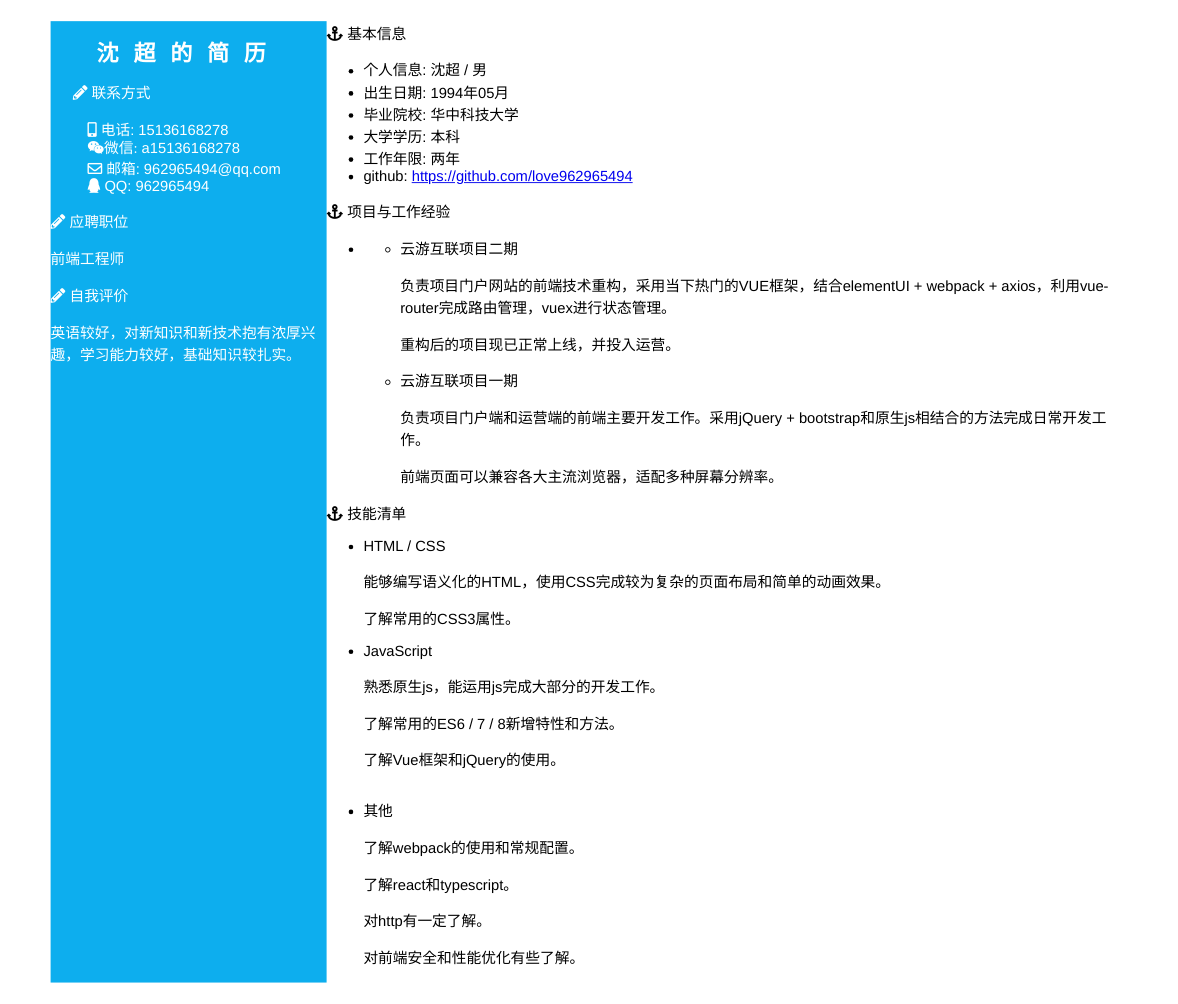
Repository: love962965494/my-resume
Page: index.html
An editor plug-in stored every save of this project. The page is shown before and after the next save, followed by the edit.
The browser window is 1280 px wide. The pictures show the whole page, at 92% of full size.
Some web libraries are served in a nearby version. The style sheet was rebuilt from its Sass, Less or Tailwind sources for each picture, by a compiler version that may differ from the author's.

Above is the page before, as saved 2018-09-02 17:30:54.

### index.html
<!DOCTYPE html>
<html lang="en">

<head>
  <meta charset="UTF-8">
  <meta name="viewport" content="width=device-width, initial-scale=1.0">
  <meta http-equiv="X-UA-Compatible" content="ie=edge">
  <title>沈超的简历</title>
  <link rel="stylesheet" href="https://use.fontawesome.com/releases/v5.0.10/css/all.css" integrity="sha384-+d0P83n9kaQMCwj8F4RJB66tzIwOKmrdb46+porD/OvrJ+37WqIM7UoBtwHO6Nlg"
    crossorigin="anonymous">
  <link rel="stylesheet" href="./styles/myResume.css">
</head>

<body>
  <div id="container" class="container">
    <!-- 左边栏 -->
    <aside class="content__left">
      <!-- 头像区域 -->
      <div class="content__left--title">
        <h1>沈超的简历</h1>
      </div>

      <!-- 联系方式区域 -->
      <div class="content__left--contact">
        <div class="title">
          <i class="fas fa-pencil-alt"></i>
          <span>联系方式</span>
        </div>
        <ul class="list">
          <li>
            <span>
              <i class="fas fa-mobile-alt"></i>
              <span>电话:</span>
            </span>
            <span>15136168278</span>
          </li>
          <li>
            <span>
              <i class="fab fa-weixin">微信:</i>
            </span>
            <span>a15136168278</span>
          </li>
          <li>
            <span>
              <i class="far fa-envelope"></i>
              <span>邮箱:</span>
            </span>
            <span>962965494@qq.com</span>
          </li>
          <li>
            <span>
              <i class="fab fa-qq"></i>
              <span>QQ:</span>
            </span>
            <span>962965494</span>
          </li>
        </ul>
      </div>

      <!-- 应聘职位区域 -->
      <div class="content__left--application">
        <span class="title">
          <i class="fas fa-pencil-alt"></i>
          <span>应聘职位</span>
        </span>
        <p class="application-job">前端工程师</p>
      </div>

      <!-- 个人评价区域 -->
      <div class="content__left--evaluation">
        <span class="title">
          <i class="fas fa-pencil-alt"></i>
          <span>自我评价</span>
        </span>
        <p class="self-evaluate">英语较好，对新知识和新技术抱有浓厚兴趣，学习能力较好，基础知识较扎实。</p>
      </div>
    </aside>

    <!-- 右边栏 -->
    <div class="content__right">
      <!-- 基本信息 -->
      <div class="basic-info info">
        <div class="header">
          <i class="fas fa-anchor"></i>
          <span>基本信息</span>
        </div>
        <div class="content">
          <ul>
            <li>
              <span>个人信息:</span>
              <span>沈超&nbsp;/&nbsp;男</span>
            </li>
            <li>
              <span>出生日期:</span>
              <span>1994年05月</span>
            </li>
            <li>
              <span>毕业院校:</span>
              <span>华中科技大学</span>
            </li>
            <li>
              <span>大学学历:</span>
              <span>本科</span>
            </li>
            <li>
              <span>工作年限:</span>
              <span>两年</span>
            </li>
            <li>
              <span>github:</span>
              <span><a href="https://github.com/love962965494" target="_blank">https://github.com/love962965494</a></span>
            </li>
          </ul>
        </div>
      </div>

      <!-- 项目经验 -->
      <div class="experience-info info">
        <div class="header">
          <i class="fas fa-anchor"></i>
          <span>项目与工作经验</span>
        </div>
        <div class="content">
          <ul>
            <li>
              <div class="company-info"></div>
              <ul class="work-experience-list">
                <li>
                  <div class="work-name circle">云游互联项目二期</div>
                  <div class="work-info">
                    <p>负责项目门户网站的前端技术重构，采用当下热门的VUE框架，结合elementUI + webpack + axios，利用vue-router完成路由管理，vuex进行状态管理。</p>
                    <p>重构后的项目现已正常上线，并投入运营。</p>
                  </div>
                  <div class="work-picture"></div>
                </li>
                <li style="padding-top: 0">
                  <div class="work-name circle">云游互联项目一期</div>
                  <div class="work-info">
                    <p>负责项目门户端和运营端的前端主要开发工作。采用jQuery + bootstrap和原生js相结合的方法完成日常开发工作。</p>
                    <p>前端页面可以兼容各大主流浏览器，适配多种屏幕分辨率。</p>
                  </div>
                  <div class="work-picture"></div>
                </li>
              </ul>
            </li>
            </li>
          </ul>
        </div>
      </div>

      <!-- 技能清单 -->
      <div class="skill-info info">
        <div class="header">
          <i class="fas fa-anchor"></i>
          <span>技能清单</span>
        </div>
        <div class="content">
          <ul class="skill-list">
            <li>
              <div class="skill-name circle">HTML / CSS</div>
              <div class="skill-info">
                <p>能够编写语义化的HTML，使用CSS完成较为复杂的页面布局和简单的动画效果。</p>
                <p>了解常用的CSS3属性。</p>
              </div>
            </li>
            <li>
              <div class="skill-name circle">JavaScript</div>
              <div class="skill-info">
                <p>熟悉原生js，能运用js完成大部分的开发工作。</p>
                <p>了解常用的ES6 / 7 / 8新增特性和方法。</p>
                <p>了解Vue框架和jQuery的使用。</p>
              </div>
            </li>
            <li style="border-top: 15px solid transparent;">
              <div class="skill-name circle">其他</div>
              <div class="skill-info">
                <p>了解webpack的使用和常规配置。</p>
                <p>了解react和typescript。</p>
                <p>对http有一定了解。</p>
                <p>对前端安全和性能优化有些了解。</p>
              </div>
            </li>
          </ul>
        </div>
      </div>
    </div>
  </div>
</body>

</html>

### styles/myResume.scss
@mixin text-center {
  text-align: center;
}

@mixin row {
  grid-column: 1 / span 12;
}

@media (min-width: 992px) {
  .container {
    width: 970px;
  }
}

@media (min-width: 1200px) {
  .container {
    width: 1170px;
  }
}

.container {
  display: grid;
  grid-template-columns: minmax(200px, 300px) 1fr;
  padding: 15px;
  margin: auto;
  font-family: "Helvetica Neue",Helvetica,"PingFang SC","Hiragino Sans GB","Microsoft YaHei","微软雅黑",Arial,sans-serif;
}

.content__left {
  display: grid;
  grid-template-columns: repeat(12, 1fr);
  grid-template-rows: repeat(4, min-content);
  background-color: #0daeee;
  color: #fff;

  &--title {
    @include row;
    @include text-center;
    margin: 15px;

    & > h1 {
      margin: 0;
      white-space: nowrap;
      letter-spacing: 1rem;
    }
  }

  &--contact {
    @include row();

    & > .title {
      padding-left: 1.5rem;
    }

    & > .list {
      list-style: none;
    }
  }

  &--application {
    @include row();
  }

  &--evaluation {
    @include row();
  }
}

After the next save:
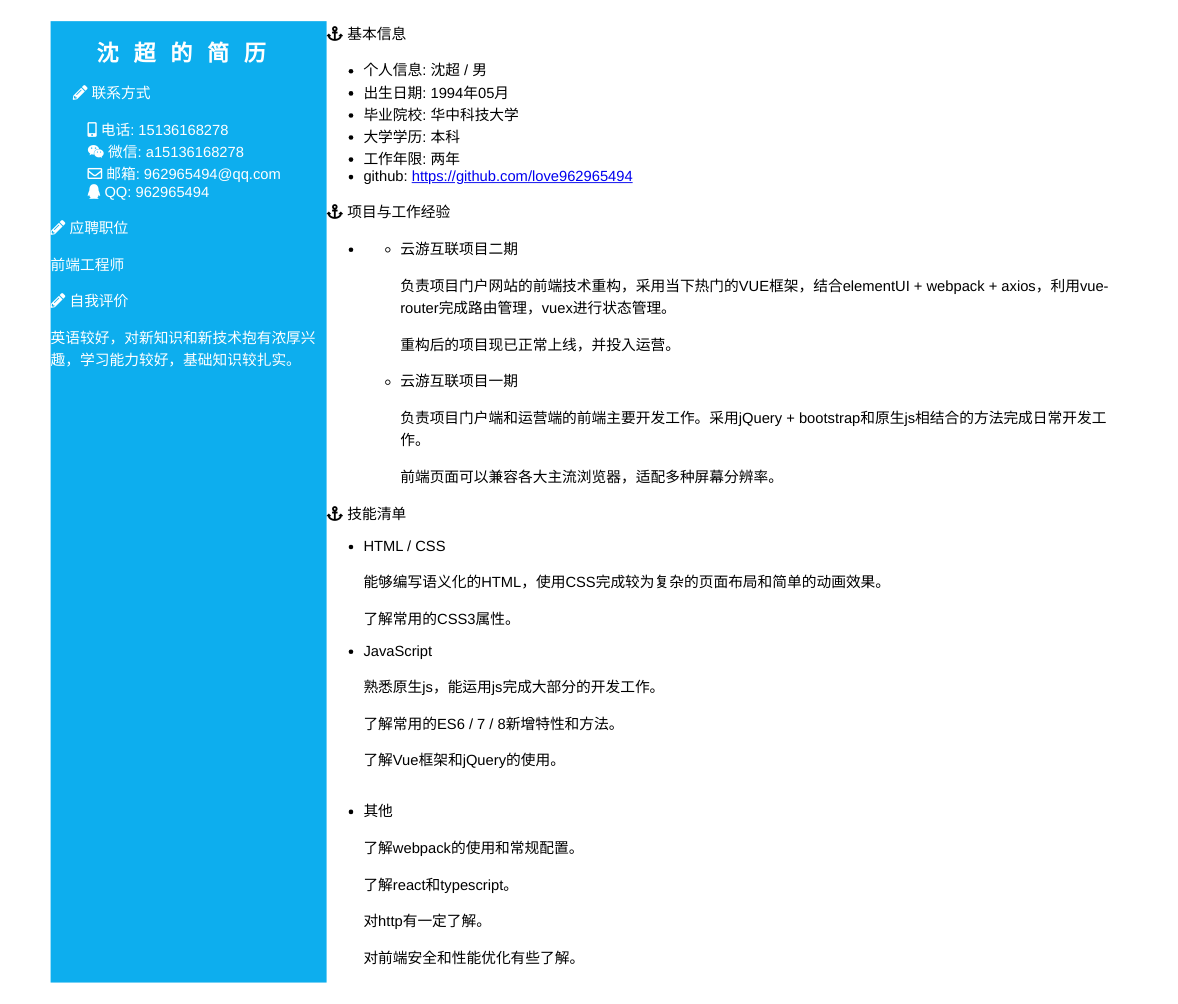
Saved 9 s later.
--- a/index.html
+++ b/index.html
@@ -36,7 +36,8 @@
           </li>
           <li>
             <span>
-              <i class="fab fa-weixin">微信:</i>
+              <i class="fab fa-weixin"></i>
+              <span>微信:</span>
             </span>
             <span>a15136168278</span>
           </li>
